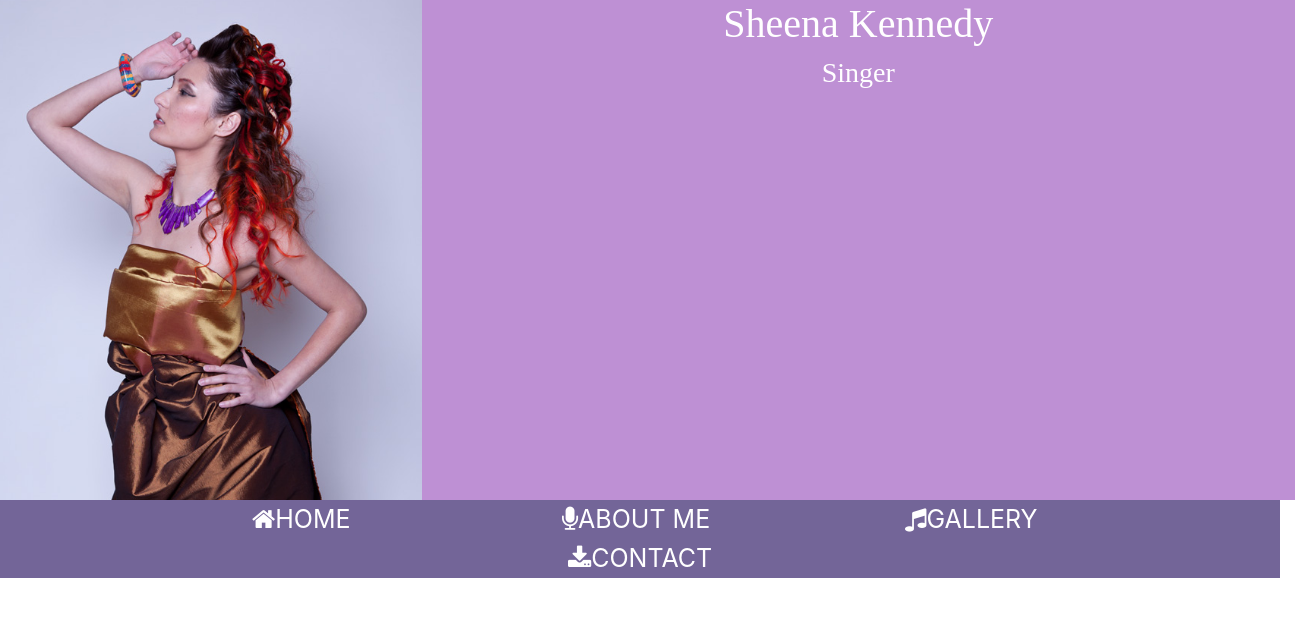
Repository: SheenaKennedy/Casey-Kennedy-s-Music-Page
Page: contact.html
The author's editor kept a record of every edit. The page is drawn from the files as they stood at one moment, then again after the next edit.
The browser window is 1280 px wide. The page is 1295 px wide, so the pictures cover 1295 px, including what lies to the right of the window. The pictures show the whole page.

Above is the page before.

### contact.html
<!DOCTYPE html>
<html lang="en">
<head>
    <meta charset="UTF-8">
    <meta name="viewport" content="width=device-width, initial-scale=1.0">
    <meta http-equiv="X-UA-Compatible" content="ie=edge">
    <link rel="stylesheet" href="https://stackpath.bootstrapcdn.com/bootstrap/4.3.1/css/bootstrap.min.css" type="text/css" />
    <link rel="stylesheet" href="https://stackpath.bootstrapcdn.com/font-awesome/4.7.0/css/font-awesome.min.css" type="text/css" />
    <link rel="stylesheet" href="https://cdnjs.cloudflare.com/ajax/libs/hover.css/2.3.1/css/hover-min.css" type="text/css" />
    <link rel="stylesheet" href="assets/css/style.css">
    <title>Casey</title>
</head>
<body>
    <header>
        <div class="row">
            <a class="col-md-4 headshot" href="contact.html"></a>
            <div class="col-md-8 heading">
                <h1>Sheena Kennedy</h1>
                <h3>Singer</h3>
            </div>
        </div>
        <div class="row">
             <div class="col">
                 <ul id="nav" class="list-inline menucontainer">
                    <li class="col-6 col-sm-3 ui-menu-color-home list-inline-item menuitem">
                    <a href="overview.html" class="hvr-grow-shadow"><i class="fa fa-home" aria-hidden="true"></i><span>Home</span></a>
                    </li>

                    <li class="col-6 col-sm-3 ui-menu-color-resumé list-inline-item menuitem">
                    <a href="about-me.html" class="hvr-grow-shadow"><i class="fa fa-microphone" aria-hidden="true"></i><span>About Me</span></a>
                    </li>

                    <li class="col-6 col-sm-3 ui-menu-color-contact list-inline-item menuitem">
                    <a href="gallery.html" class="hvr-grow-shadow"><i class="fa fa-music" aria-hidden="true"></i><span>Gallery</span></a>
                    </li>

                    <li class="col-6 col-sm-3 ui-menu-color-download list-inline-item menuitem">
                    <a href="contact.html" class="hvr-grow-shadow"><i class="fa fa-download" aria-hidden="true"></i><span>Contact</span></a>
                    </li>
                </ul>
                </ul>
            </div>
        </div>
    </header>

    <section>
    </section>

    <footer>
    </footer>
</body>
</html>

### assets/css/style.css

/* ---------------------------------------------------------------Heading */

header {
    margin: 0;
}

.heading {
    background-color: rgba(190, 144, 212,1);
    margin-left: 0px;
    font-family: 'Satisfy', cursive;
    color: white;
    text-align: center;
    vertical-align: middle;
    font-weight: 300;
    font-size: 75px;
    margin-top: 0px;
}

.headshot {
    background: url("../images/Entertainment3.jpg");
    background-position: center;
    background-repeat: no-repeat;
    background-size: cover;
    min-height: 500px;
    transition: all .5s ease-in-out;
    -moz-transition: all .5s ease-in-out;
    -webkit-transition: all .5s ease-in-out;
}

/* ---------------------------------------------------------------Menu */

.menucontainer {
    background-color: rgba(115, 101, 152, 1);
    text-align: center;
    font-size: 25px;
    text-decoration: none;
    text-transform: uppercase;

}

span {
    color: white;
}

i {
    color: white;
}

/* ---------------------------------------------------------------Section */

.photo1 {
    background: url("../images/Entertainment1.jpg")
}

.photo2 {
    background: url("../images/Entertainment2.jpg")
}

.photo3 {
    background: url("../images/Entertainment4.jpg")
}

/* ---------------------------------------------------------------Footer */

footer {
    background-color: rgba(115, 101, 152, 1);
    color: white;
}

After the next edit:
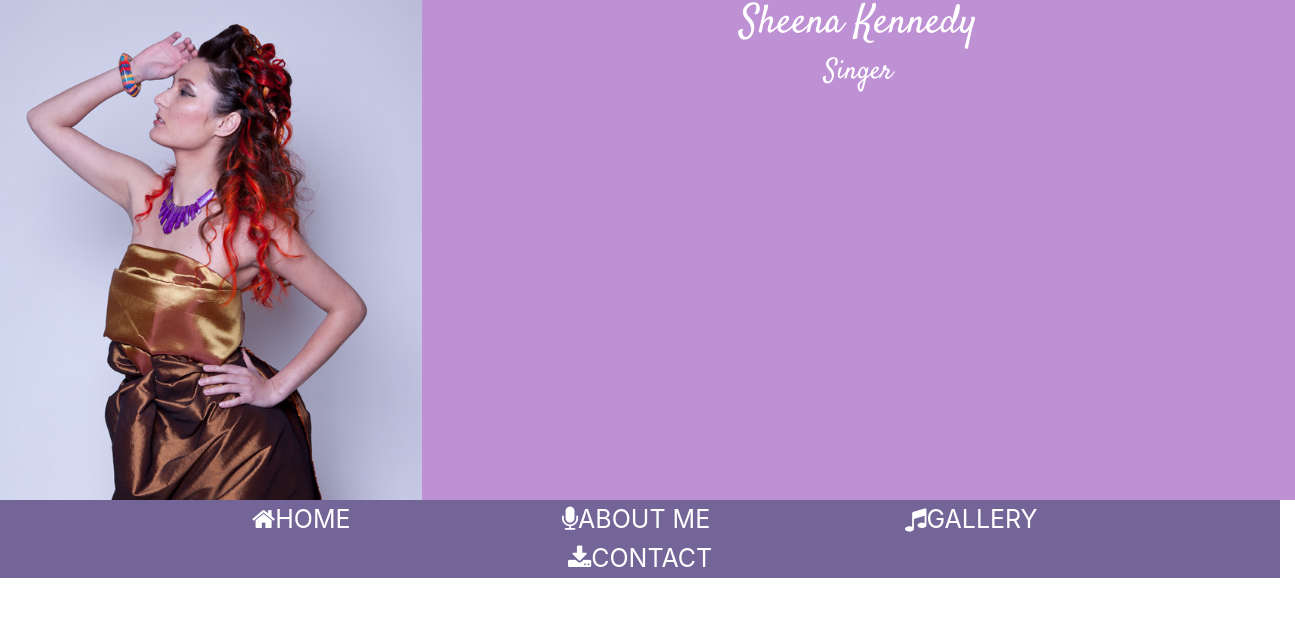
The edit:
--- a/contact.html
+++ b/contact.html
@@ -4,6 +4,7 @@
     <meta charset="UTF-8">
     <meta name="viewport" content="width=device-width, initial-scale=1.0">
     <meta http-equiv="X-UA-Compatible" content="ie=edge">
+    <link href="https://fonts.googleapis.com/css?family=Satisfy&display=swap" rel="stylesheet">
     <link rel="stylesheet" href="https://stackpath.bootstrapcdn.com/bootstrap/4.3.1/css/bootstrap.min.css" type="text/css" />
     <link rel="stylesheet" href="https://stackpath.bootstrapcdn.com/font-awesome/4.7.0/css/font-awesome.min.css" type="text/css" />
     <link rel="stylesheet" href="https://cdnjs.cloudflare.com/ajax/libs/hover.css/2.3.1/css/hover-min.css" type="text/css" />
